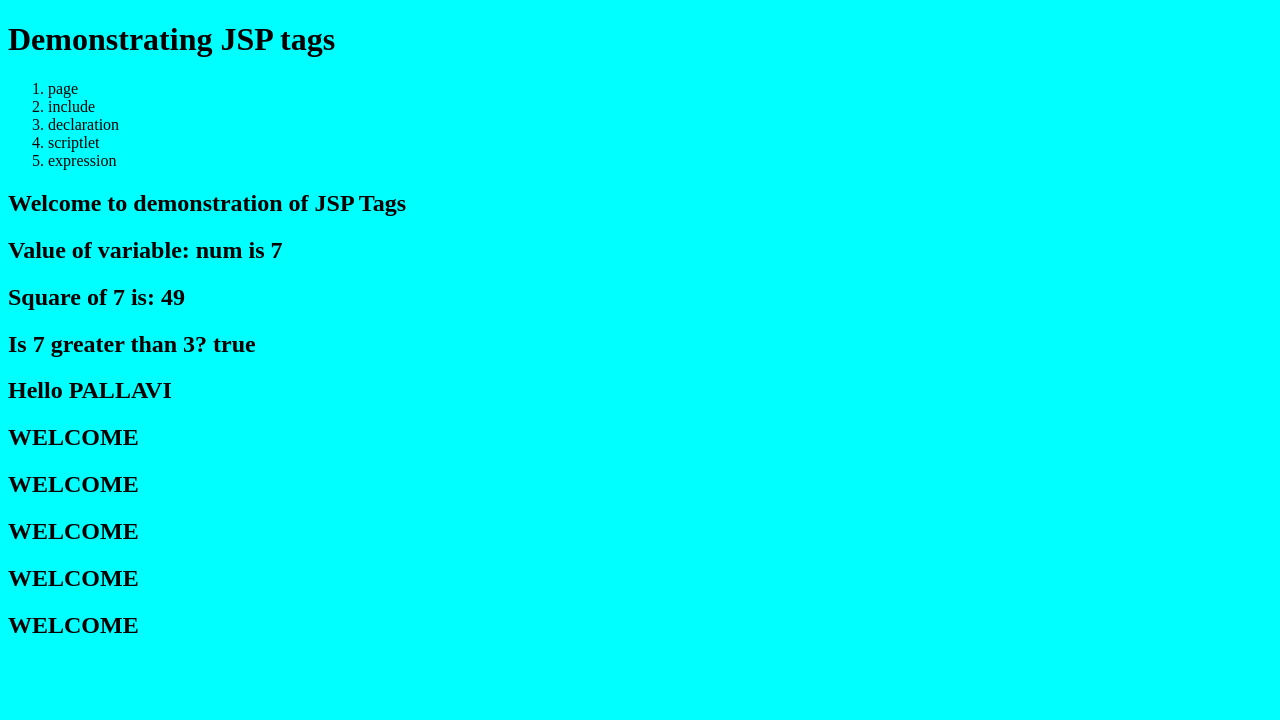
Repository: PallaviWalve/Advance-Java
Page: http://localhost/Web_Project/jsp_tags_demo.jsp
These files come from the project's save history. The page is drawn as it stood at one moment and after the next save; the edit follows.
The browser window is 1280 px wide. The pictures show the whole page.
The page is served by Tomcat 10. Other server files are loaded and not shown.

Above is the page before, as saved 2024-06-06 04:40:51.

### Web_Project/src/main/webapp/jsp_tags_demo.jsp
<%@ page language="java" contentType="text/html; charset=UTF-8"
    pageEncoding="UTF-8" import="java.time.LocalDate" %>
<!DOCTYPE html>
<html>
<body>
	<%--Include resource : index.html --%>
	<%@ include file="index.html" %>
	<h2>Welcome to demonstration of JSP Tags</h2>

	<%--Declaring some variable , defining some method --%>
	<%!
		int num = 7;
		public String sayGreeting(String name){
			return "Hello " + name.toUpperCase();
		}
	%>

	<%--Using the variable and method through expression --%>
	<h2>Value of variable: num is <%=num %></h2>
	<h2>Square of <%=num %> is:  <%=(num * num) %></h2>
	<h2>Is <%=num %> greater than 3? <%=(num > 3) %></h2>

	<%--Invoking method: sayGreeting() --%>
	<h2><%=sayGreeting("Pallavi") %></h2>

	<%--Displaying message WELCOME 5 times using H2 heading style with the help
	of FOR loop through scriptlet --%>
	<%
		for(int a=1;a<=5;a++){
	%>
		<h2>WELCOME</h2>
	<%
		}
	%>

	<%--Showing today's date using LocalDate class from java.time package --%>
	<%
		LocalDate today = LocalDate.now();
	%>
</body>
</html>

### Web_Project/src/main/webapp/index.html
<!DOCTYPE html>
<html>
<body bgcolor="cyan">
	<h1>Demonstrating JSP tags</h1>
	<ol>
		<li>page</li>
		<li>include</li>
		<li>declaration</li>
		<li>scriptlet</li>
		<li>expression</li>
	</ol>
</body>
</html>

After the next save:
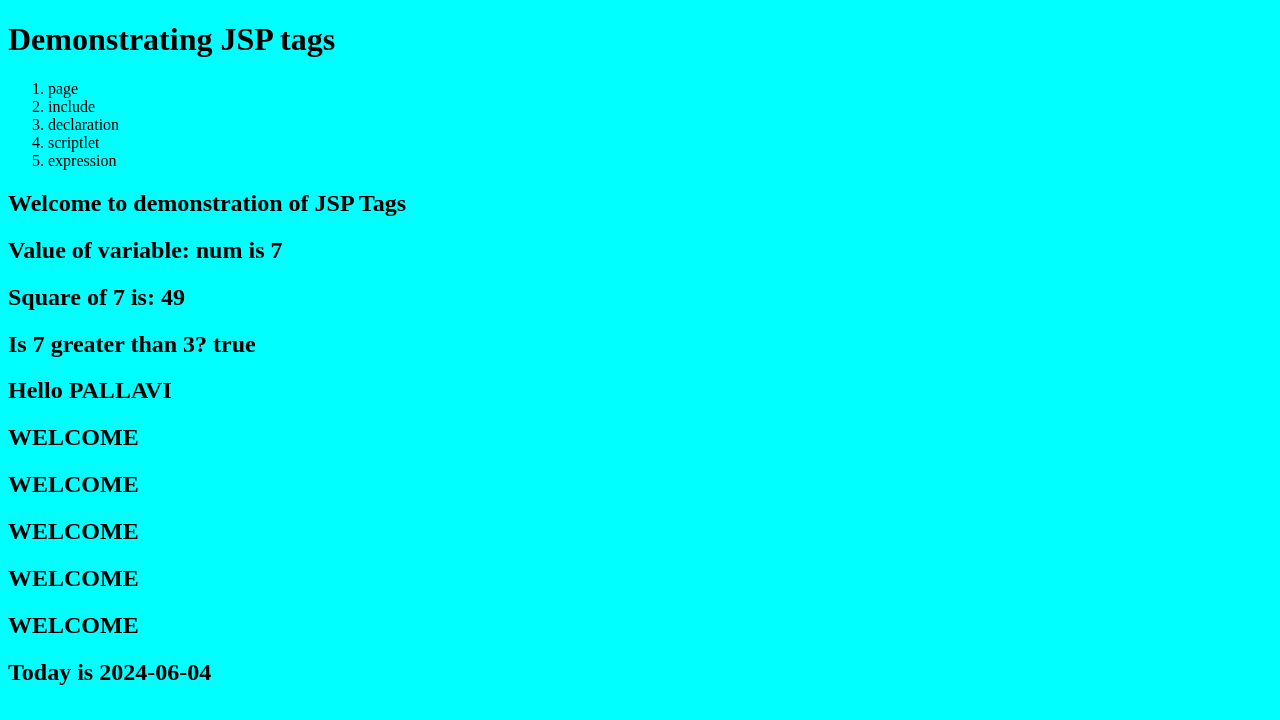
Saved 47 s later.
--- a/Web_Project/src/main/webapp/jsp_tags_demo.jsp
+++ b/Web_Project/src/main/webapp/jsp_tags_demo.jsp
@@ -37,5 +37,6 @@
 	<%
 		LocalDate today = LocalDate.now();
 	%>
+	<h2>Today is <%=today %></h2>
 </body>
 </html>
